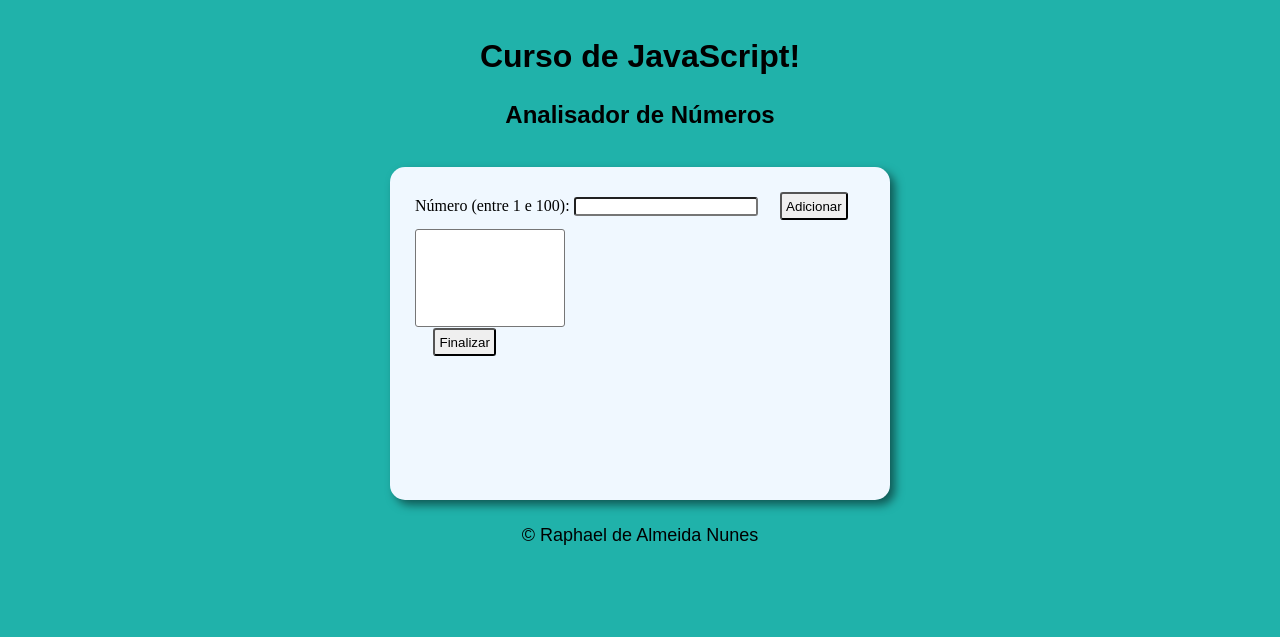
Repository: raphaanunes/codigos
Page: Cursos JavaScript/exercício/analisador de números/analisador.html
These files come from the project's save history. The page is drawn as it stood at one moment and after the next save; the edit follows.
The browser window is 1280 px wide. The pictures show the whole page.

Above is the page before, as saved 2024-08-11 14:24:45.

### Cursos JavaScript/exercício/analisador de números/analisador.html
<!DOCTYPE html>
<html lang="pt-BR">

<head>
    <meta charset="UTF-8">
    <meta name="viewport" content="width=device-width, initial-scale=1.0">
    <title> Analisador de Números </title>

    <link rel="stylesheet" href="analisador.css">


</head>

<body>
    <h1> Curso de JavaScript!</h1>
    <h2> Analisador de Números </h2>

    <section> <!-- aqui comeca a section -->


        <div>

            Número (entre 1 e 100):
            <input type="number" name="fnum" id="fnum">
            <input type="button" id="botao" value="Adicionar" onclick="adicionar()">
            <br><select name="flista" id="flista" size="6"></select>
            <br><input type="button" id="botao" value="Finalizar">

        </div>
        <div id="res">

        </div>
    </section><!-- aqui termina o section -->

    <footer>
        <p> &copy; Raphael de Almeida Nunes </p>
    </footer>
    <script src="analisador.js"></script>
</body>

</html>

### Cursos JavaScript/exercício/analisador de números/analisador.css
@charset "UTF-8";
/* geral */
* {
    padding: 0;
    margin: 0;
}
body {
    background-color: lightseagreen;
    color: black;
}

/* seção  */
section{

    background-color: aliceblue;
    width: 500px;
    height: 10%;
    margin-left: auto;
    margin-right: auto;
    margin-top: 3%;
    border-radius: 15px;
    padding: 0% 0% 5% 0%;
    box-shadow: 5px 5px 10px rgba(0, 0, 0, 0.5);

}
h1 {
    font-family: sans-serif;
    font-size: xx-large;
    text-align: center;
    margin-top: 3%;
    color: black;
}

h2 {
    font-family: sans-serif;
    font-size: x-large;
    text-align: center;
    margin: 2%;
    color: black;
}

p{
    font-family: sans-serif;
    font-size: large;
}

    /* input */

    input{
        width: 40%;
        margin-bottom: 1%;
        border-radius: 3px;
    }

    /* botao*/

input#botao{
        padding: 1%;
        width:fit-content;
        margin-left: 4%;
        border-radius: 3px;
    }

div{
    padding: 5%;
    align-items: center;
    justify-content: center;
}

/* rodape */

footer{
    font-family: 'Franklin Gothic Medium', 'Arial Narrow', Arial, sans-serif;
    text-align: center;
    padding: 1%;
    color: black;

    width: 25%;
    margin-left: auto;
    margin-right:auto ;
    margin-top: 1%;
    border-radius: 15px;
}

select#flista{
    width: 150px;
    margin-left: auto;
    margin-right:auto ;
    margin-top: 1%;
    border-radius: 3px;
}

### Cursos JavaScript/exercício/analisador de números/analisador.js
let num = document.querySelector('input#fnum');
let lista = document.querySelector('select#flista');
let res = document.querySelector('div#res');
let valores = []


function isNumero(n){
    if(Number(n) >= 1 && Number(n) <= 100){
        return true
    } else {
        return false
    }
}

function inLista(n, l){
    if (l.indexOf(Number(n)) != -1){
        return true
    } else {
        return false
    }
}


function adicionar(){
    if(isNumero(num.value) && !inLista(num.value, valores)) {
    } else {
        window.alert('Valor inválido ou já encontrado na lista')
    }
}

After the next save:
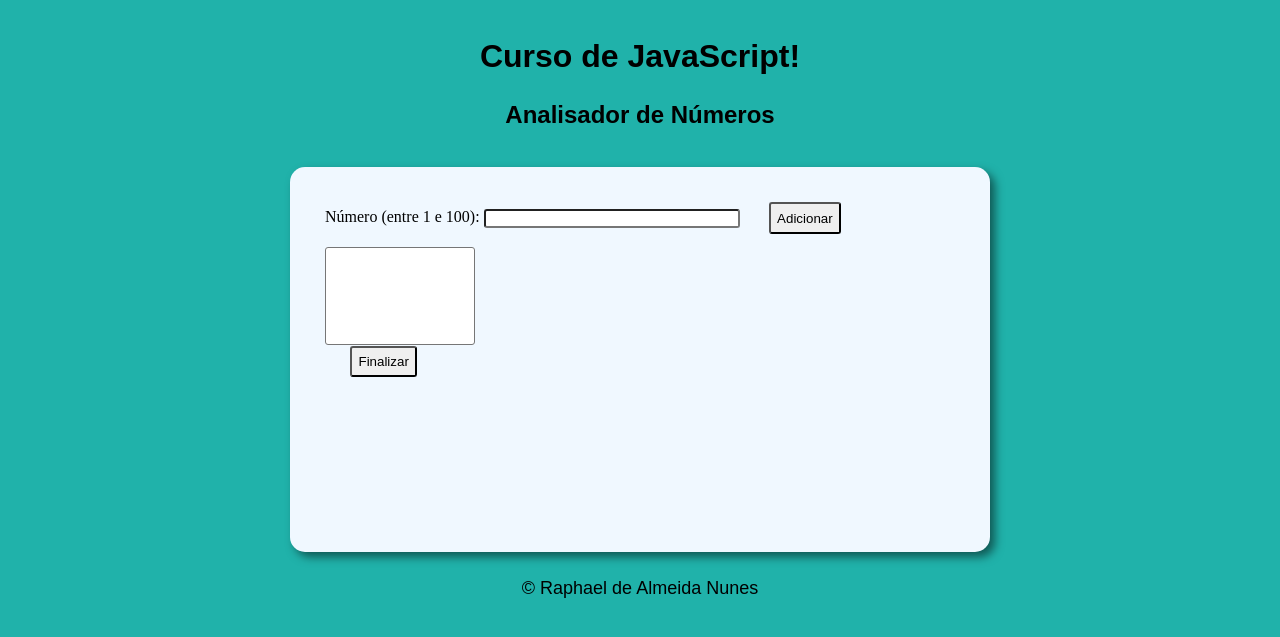
Saved 10 s later.
--- a/Cursos JavaScript/exercício/analisador de números/analisador.css
+++ b/Cursos JavaScript/exercício/analisador de números/analisador.css
@@ -13,7 +13,7 @@ body {
 section{
 
     background-color: aliceblue;
-    width: 500px;
+    width: 700px;
     height: 10%;
     margin-left: auto;
     margin-right: auto;
